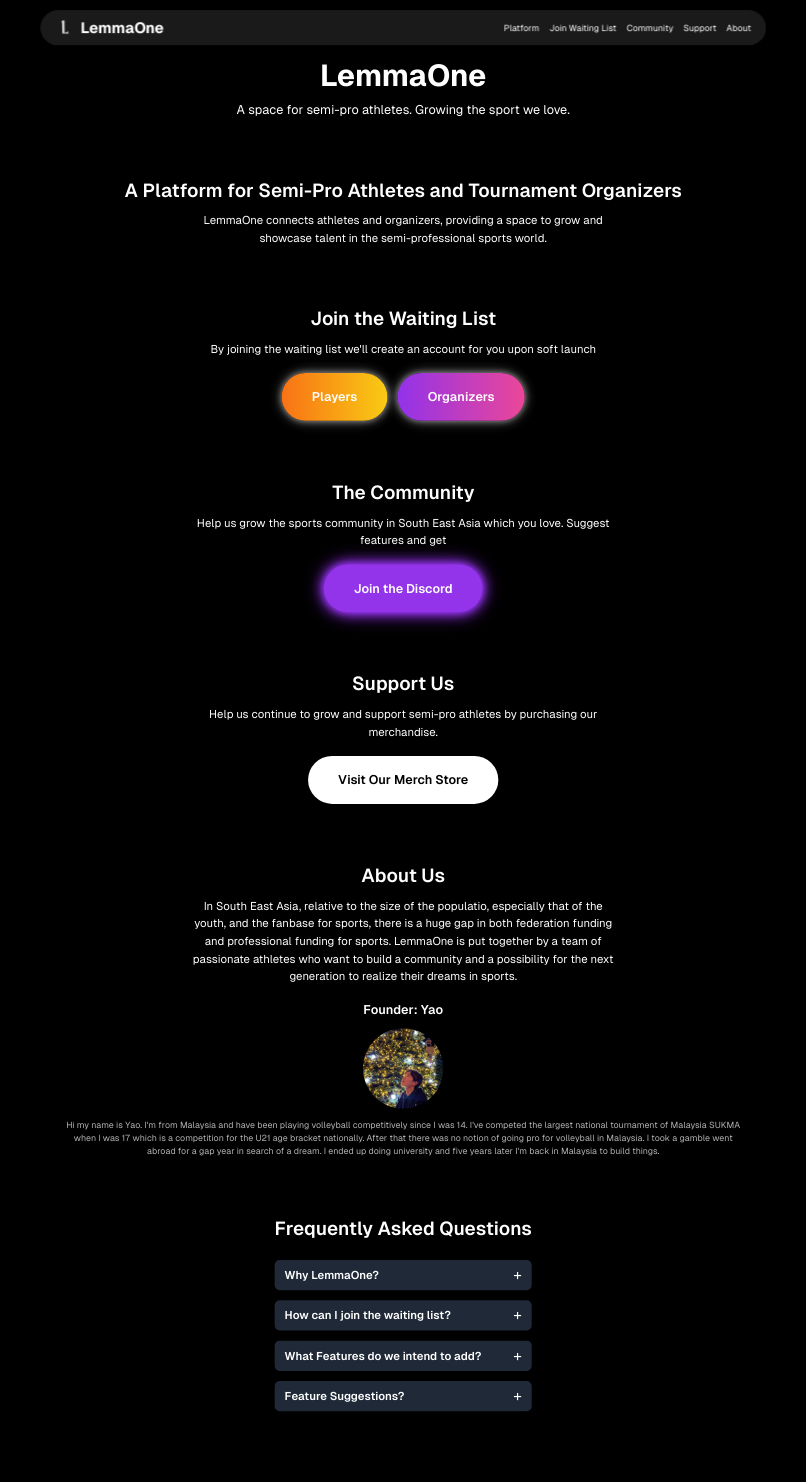
Repository: yao-creative/lemma-one-launch
Page: /
The author's editor kept a copy of each file at every save. The page is drawn from the files as they stood at one save, then again after a run of saves.
The browser window is 1280 px wide. The pictures show the whole page, at 63% of full size.
The project was rebuilt for these pictures with package versions that can differ from the ones it lists, and the page was loaded fresh each time. The framework's server and built-in components were replaced by stand-ins that run in the browser. Also part of the build but not shown: next.config.js, next.config.mjs.

Above is the page before, as saved 2024-09-26 04:18:58.

After the next 22 saves:
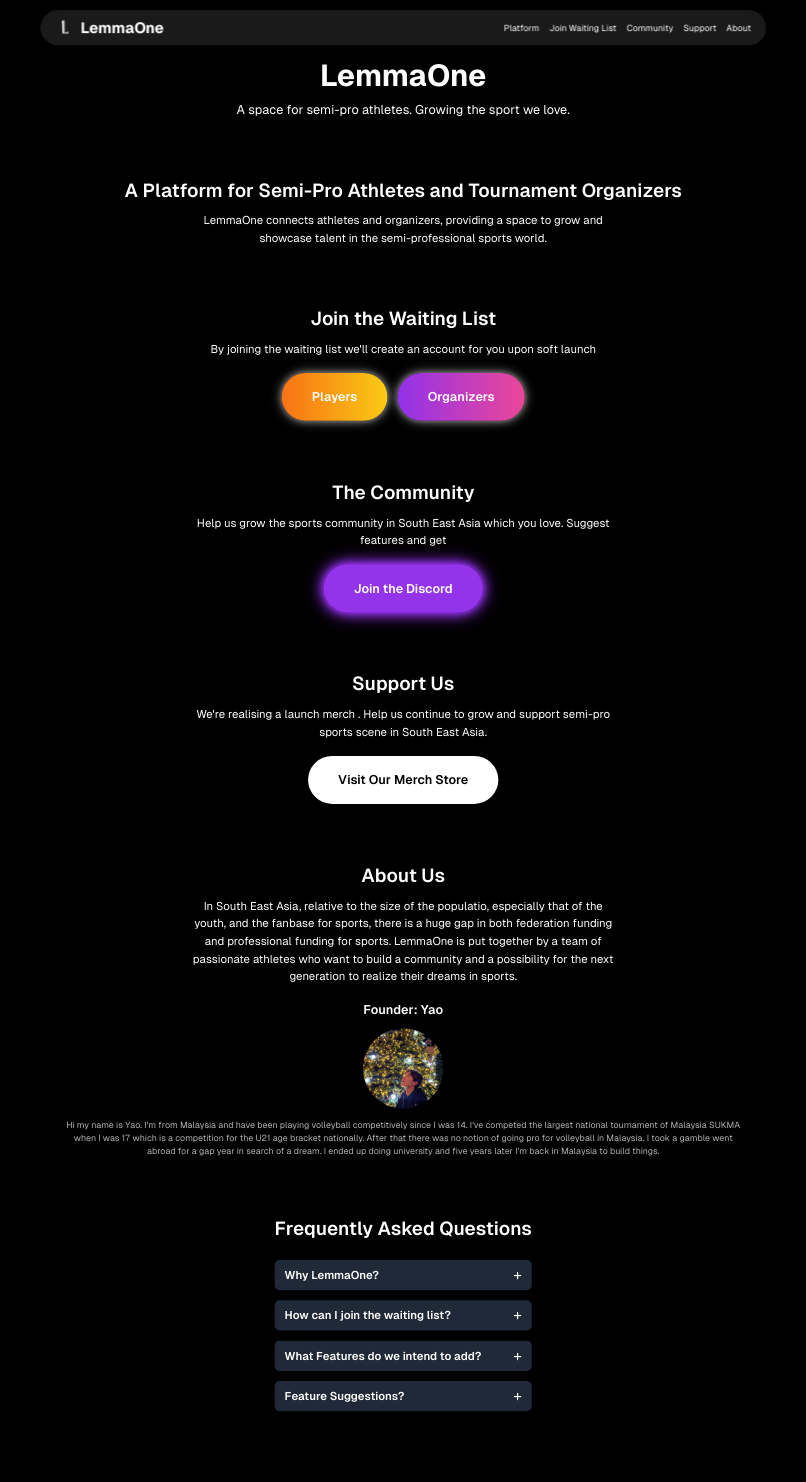
The 22 saves are shown as one change because they came seconds apart.
The last was saved 66 s later.
--- a/app/page.tsx
+++ b/app/page.tsx
@@ -115,7 +115,7 @@
         <section ref={supportRef} className="text-center flex flex-col items-center">
           <h3 className="text-2xl md:text-3xl font-semibold font-nike mb-4">Support Us</h3>
           <p className="text-base md:text-lg mb-6 max-w-2xl">
-            Help us continue to grow and support semi-pro athletes by purchasing our merchandise.
+            We're realising a launch merch . Help us continue to grow and support semi-pro sports scene in South East Asia.
           </p>
           <a href="#" className="inline-block px-12 py-6 rounded-full text-xl bg-white text-black font-semibold hover:bg-gray-200 transition-colors duration-300">
             Visit Our Merch Store
